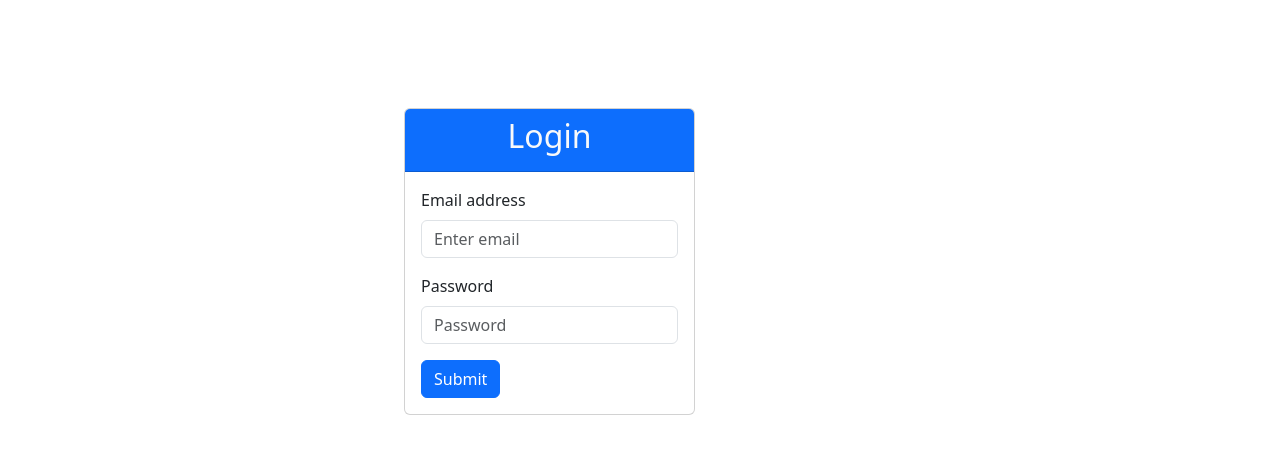
Repository: trider/react-task-app
Page: /
These files come from the project's save history. The page is drawn as it stood at one moment and after the next save; the edit follows.
The browser window is 1280 px wide. The pictures show the whole page.
The project was rebuilt for these pictures with package versions that can differ from the ones it lists, and the page was loaded fresh each time.

Above is the page before, as saved 2024-05-02 16:17:23.

### src/App.js

import 'bootstrap/dist/css/bootstrap.min.css';
import Container from 'react-bootstrap/Container';



import LoginForm from "./pages/Login";



let App = () => {
  return (
    <div>

      <LoginForm />


    </div>


  );
}


export default App;

### src/pages/Login.js

import Button from 'react-bootstrap/Button';
import Container from 'react-bootstrap/Container';
import Form from 'react-bootstrap/Form';
import Card from 'react-bootstrap/Card';





const LoginForm = () => {
  return (
    <div className='mx-auto p-2' style={{ marginTop: '100px', width: '40%' }}>
      <Container fluid className='container-lg d-lg-flex'>
        <Card className='card-sm'>
          <Card.Header className='bg-primary text-light text-center' >
            <h2>Login</h2>
          </Card.Header>
          <Card.Body>
            <Form>
              <Form.Group className="mb-3" controlId="formBasicEmail">
                <Form.Label>Email address</Form.Label>
                <Form.Control type="email" placeholder="Enter email" />
              </Form.Group>

              <Form.Group className="mb-3" controlId="formBasicPassword">
                <Form.Label>Password</Form.Label>
                <Form.Control type="password" placeholder="Password" />
              </Form.Group>

              <Button variant="primary" type="submit">
                Submit
              </Button>
            </Form>
          </Card.Body>
        </Card>

      </Container>
    </div>





      );
}

      export default LoginForm;

Loaded but not shown: public/index.html (common file); src/index.js (common file); src/index.css (common file); src/reportWebVitals.js (common file)

After the next save:
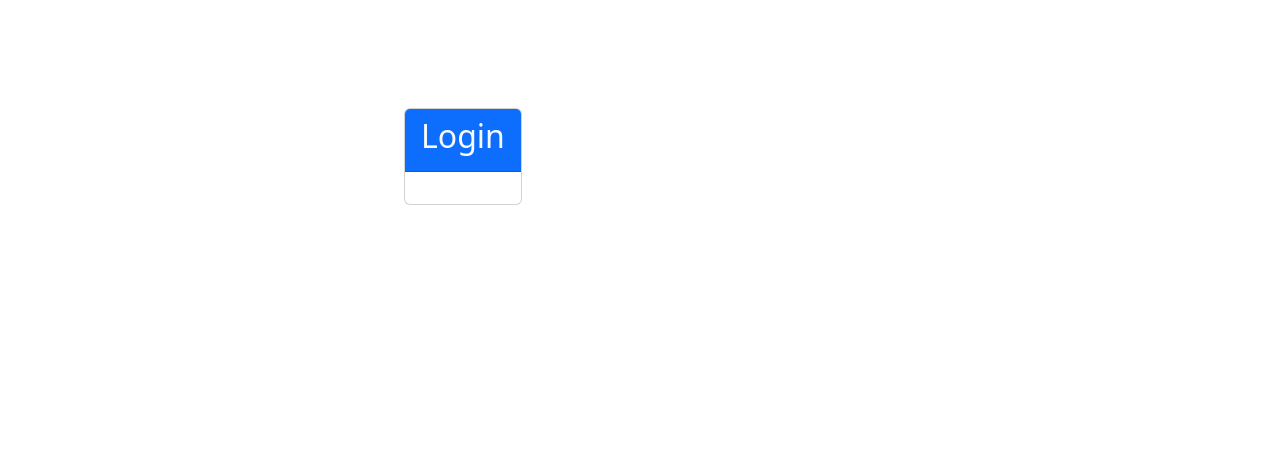
Saved 111 s later.
--- a/src/pages/Login.js
+++ b/src/pages/Login.js
@@ -4,7 +4,28 @@
 import Form from 'react-bootstrap/Form';
 import Card from 'react-bootstrap/Card';
 
+const FormBody = () => {
+  return (
+ <div>
+     <Form>
+    <Form.Group className="mb-3" controlId="formBasicEmail">
+      <Form.Label>Email address</Form.Label>
+      <Form.Control type="email" placeholder="Enter email" />
+    </Form.Group>
 
+    <Form.Group className="mb-3" controlId="formBasicPassword">
+      <Form.Label>Password</Form.Label>
+      <Form.Control type="password" placeholder="Password" />
+    </Form.Group>
+
+    <Button variant="primary" type="submit">
+      Submit
+    </Button>
+  </Form>
+ </div>
+  );
+
+}
 
 
 
@@ -17,21 +38,7 @@
             <h2>Login</h2>
           </Card.Header>
           <Card.Body>
-            <Form>
-              <Form.Group className="mb-3" controlId="formBasicEmail">
-                <Form.Label>Email address</Form.Label>
-                <Form.Control type="email" placeholder="Enter email" />
-              </Form.Group>
 
-              <Form.Group className="mb-3" controlId="formBasicPassword">
-                <Form.Label>Password</Form.Label>
-                <Form.Control type="password" placeholder="Password" />
-              </Form.Group>
-
-              <Button variant="primary" type="submit">
-                Submit
-              </Button>
-            </Form>
           </Card.Body>
         </Card>
 
@@ -42,7 +49,7 @@
 
 
 
-      );
+  );
 }
 
-      export default LoginForm;
+export default LoginForm;

After the save that followed:
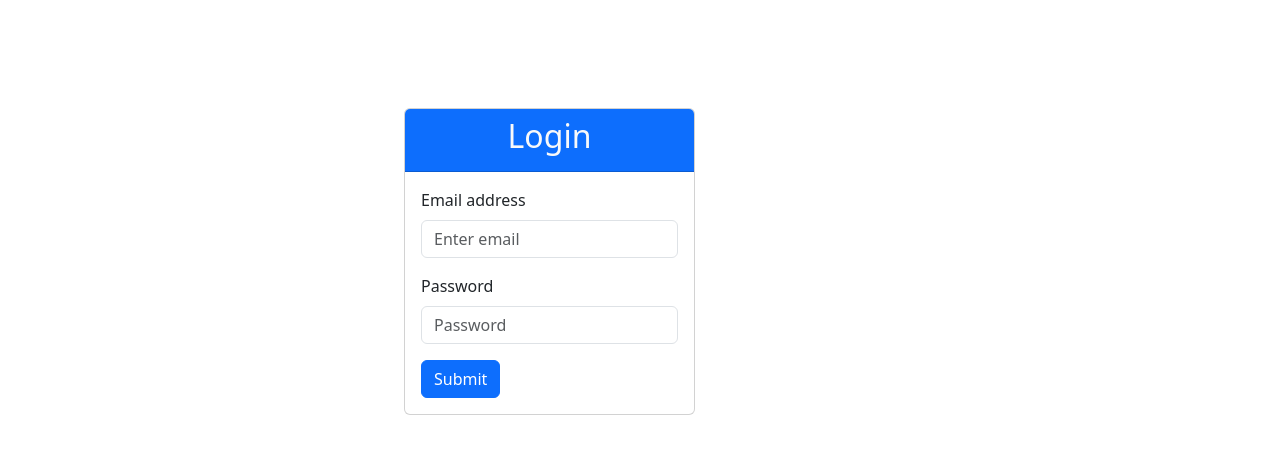
Saved 9 s later.
--- a/src/pages/Login.js
+++ b/src/pages/Login.js
@@ -38,6 +38,7 @@
             <h2>Login</h2>
           </Card.Header>
           <Card.Body>
+            <FormBody />
 
           </Card.Body>
         </Card>
